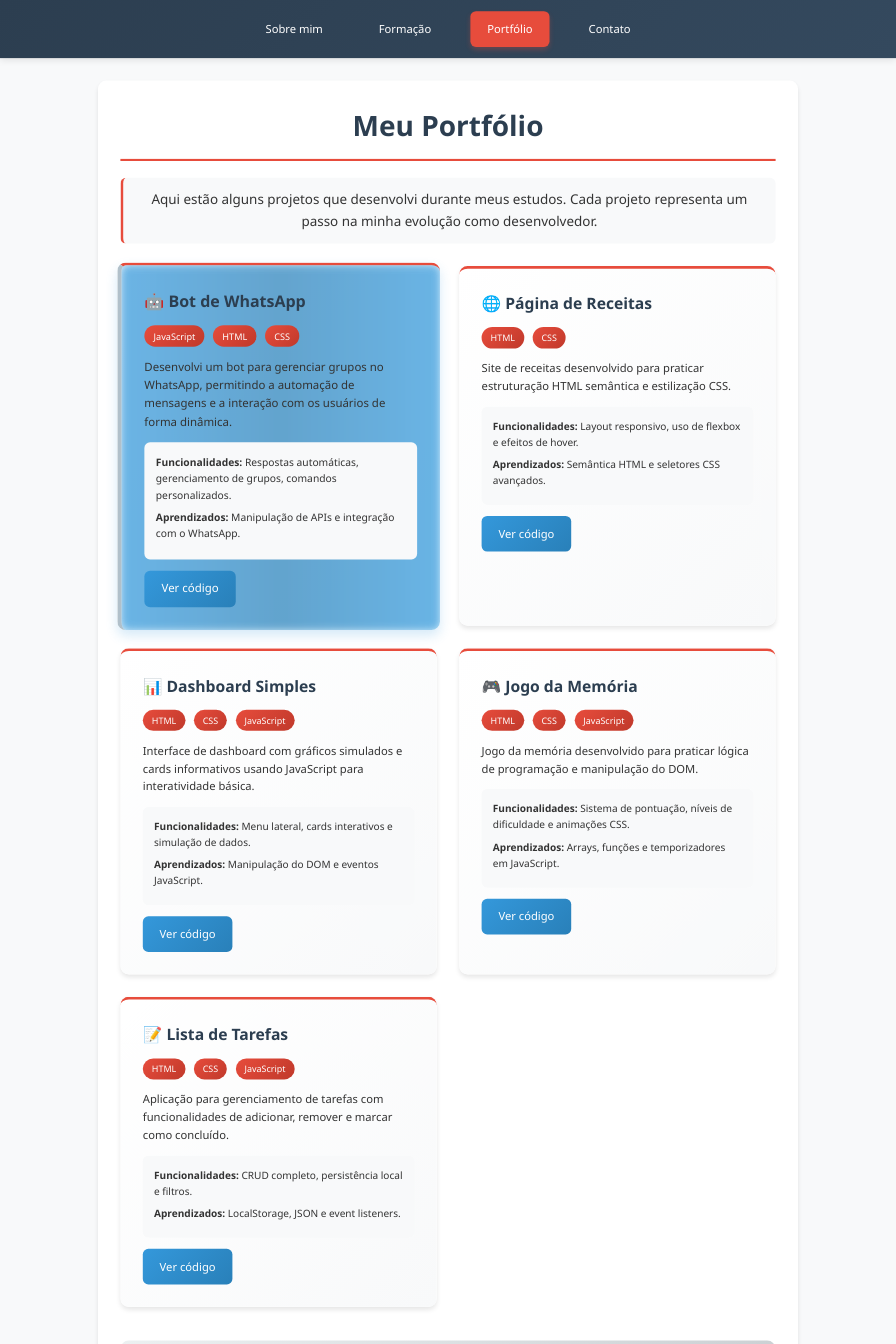
Repository: AnderHonorato/meu-portfolio
Page: portfolio.html
An editor plug-in stored every save of this project. The page is shown before and after the next save, followed by the edit.
The browser window is 1280 px wide. The pictures show the part of the page from y = 0 to 1920 px (the page is 2792 px tall), at 70% of full size.

Above is the page before, as saved 2025-08-26 20:32:29.

### portfolio.html
<!DOCTYPE html>
<html lang="pt-br">
<head>
    <meta charset="UTF-8">
    <meta name="viewport" content="width=device-width, initial-scale=1.0">
    <title>Portfólio - Ander Honorato</title>
    <link rel="stylesheet" href="css/style.css">
</head>
<body>
    <!-- MENU DE NAVEGAÇÃO PADRÃO -->
    <nav class="menu">
        <ul>
            <li><a href="index.html">Sobre mim</a></li>
            <li><a href="formacao.html">Formação</a></li>
            <li><a href="portfolio.html" class="ativo">Portfólio</a></li>
            <li><a href="contato.html">Contato</a></li>
        </ul>
    </nav>

    <!-- CONTEÚDO ESPECÍFICO DA PÁGINA DE PORTFÓLIO -->
    <main class="conteudo">
        <h1>Meu Portfólio</h1>

        <p class="intro-portfolio">Aqui estão alguns projetos que desenvolvi durante meus estudos. Cada projeto representa um passo na minha evolução como desenvolvedor.</p>

        <!-- GRID DE PROJETOS -->
        <div class="projetos-grid">

            <!-- PROJETO DESTAQUE: BOT DE WHATSAPP -->
            <div class="projeto-item destaque">
                <h3>🤖 Bot de WhatsApp</h3>
                <div class="tags-projeto">
                    <span class="tag">JavaScript</span>
                    <span class="tag">HTML</span>
                    <span class="tag">CSS</span>
                </div>
                <p>Desenvolvi um bot para gerenciar grupos no WhatsApp, permitindo a automação de mensagens e a interação com os usuários de forma dinâmica.</p>
                <div class="projeto-detalhes">
                    <p><strong>Funcionalidades:</strong> Respostas automáticas, gerenciamento de grupos, comandos personalizados.</p>
                    <p><strong>Aprendizados:</strong> Manipulação de APIs e integração com o WhatsApp.</p>
                </div>
                <a href="https://anderhonorato.github.io/alphabotsite1/index.html" class="btn-projeto">Ver código</a>
            </div>

            <!-- PROJETOS ANTERIORES -->
            <div class="projeto-item">
                <h3>🌐 Página de Receitas</h3>
                <div class="tags-projeto">
                    <span class="tag">HTML</span>
                    <span class="tag">CSS</span>
                </div>
                <p>Site de receitas desenvolvido para praticar estruturação HTML semântica e estilização CSS.</p>
                <div class="projeto-detalhes">
                    <p><strong>Funcionalidades:</strong> Layout responsivo, uso de flexbox e efeitos de hover.</p>
                    <p><strong>Aprendizados:</strong> Semântica HTML e seletores CSS avançados.</p>
                </div>
                <a href="#" class="btn-projeto">Ver código</a>
            </div>

            <div class="projeto-item">
                <h3>📊 Dashboard Simples</h3>
                <div class="tags-projeto">
                    <span class="tag">HTML</span>
                    <span class="tag">CSS</span>
                    <span class="tag">JavaScript</span>
                </div>
                <p>Interface de dashboard com gráficos simulados e cards informativos usando JavaScript para interatividade básica.</p>
                <div class="projeto-detalhes">
                    <p><strong>Funcionalidades:</strong> Menu lateral, cards interativos e simulação de dados.</p>
                    <p><strong>Aprendizados:</strong> Manipulação do DOM e eventos JavaScript.</p>
                </div>
                <a href="#" class="btn-projeto">Ver código</a>
            </div>

            <div class="projeto-item">
                <h3>🎮 Jogo da Memória</h3>
                <div class="tags-projeto">
                    <span class="tag">HTML</span>
                    <span class="tag">CSS</span>
                    <span class="tag">JavaScript</span>
                </div>
                <p>Jogo da memória desenvolvido para praticar lógica de programação e manipulação do DOM.</p>
                <div class="projeto-detalhes">
                    <p><strong>Funcionalidades:</strong> Sistema de pontuação, níveis de dificuldade e animações CSS.</p>
                    <p><strong>Aprendizados:</strong> Arrays, funções e temporizadores em JavaScript.</p>
                </div>
                <a href="#" class="btn-projeto">Ver código</a>
            </div>

            <div class="projeto-item">
                <h3>📝 Lista de Tarefas</h3>
                <div class="tags-projeto">
                    <span class="tag">HTML</span>
                    <span class="tag">CSS</span>
                    <span class="tag">JavaScript</span>
                </div>
                <p>Aplicação para gerenciamento de tarefas com funcionalidades de adicionar, remover e marcar como concluído.</p>
                <div class="projeto-detalhes">
                    <p><strong>Funcionalidades:</strong> CRUD completo, persistência local e filtros.</p>
                    <p><strong>Aprendizados:</strong> LocalStorage, JSON e event listeners.</p>
                </div>
                <a href="#" class="btn-projeto">Ver código</a>
            </div>
        </div>

        <!-- SEÇÃO DE HABILIDADES TÉCNICAS -->
        <div class="habilidades-secao">
            <h2>🛠️ Tecnologias que Conheço</h2>
            <div class="habilidades-grid">
                <div class="habilidade-item">
                    <h4>HTML5</h4>
                    <div class="nivel-habilidade">
                        <div class="barra-habilidade">
                            <div class="progresso-habilidade" style="width: 80%"></div>
                        </div>
                        <span>Intermediário</span>
                    </div>
                </div>
                <div class="habilidade-item">
                    <h4>CSS3</h4>
                    <div class="nivel-habilidade">
                        <div class="barra-habilidade">
                            <div class="progresso-habilidade" style="width: 75%"></div>
                        </div>
                        <span>Intermediário</span>
                    </div>
                </div>
                <div class="habilidade-item">
                    <h4>JavaScript</h4>
                    <div class="nivel-habilidade">
                        <div class="barra-habilidade">
                            <div class="progresso-habilidade" style="width: 45%"></div>
                        </div>
                        <span>Básico</span>
                    </div>
                </div>
                <div class="habilidade-item">
                    <h4>Git/GitHub</h4>
                    <div class="nivel-habilidade">
                        <div class="barra-habilidade">
                            <div class="progresso-habilidade" style="width: 60%"></div>
                        </div>
                        <span>Básico+</span>
                    </div>
                </div>
            </div>
        </div>

        <!-- SEÇÃO DE ESTUDOS ATUAIS -->
        <div class="estudos-atuais">
            <h2>📚 Atualmente Estudando</h2>
            <ul class="lista-estudos">
                <li>🎯 Aprofundamento em JavaScript</li>
                <li>🎨 CSS Grid e Flexbox</li>
                <li>📱 Design responsivo e mobile-first</li>
                <li>🔧 Ferramentas de desenvolvimento (DevTools)</li>
                <li>🌐 Conceitos de API e consumo de dados</li>
            </ul>
        </div>
    </main>
</body>
</html>

### css/style.css
/* Reset básico e configurações globais */
* {
    margin: 0;
    padding: 0;
    box-sizing: border-box;
}

/* Configurações do corpo da página */
body {
    font-family: 'Segoe UI', Tahoma, Geneva, Verdana, sans-serif;
    line-height: 1.6;
    color: #333;
    background-color: #f8f9fa;
}

/* Menu de navegação - SEMPRE VISÍVEL */
.menu {
    background: linear-gradient(135deg, #2c3e50, #34495e);
    padding: 1rem 0;
    position: sticky; /* Menu fica fixo no topo ao rolar */
    top: 0;
    z-index: 1000; /* Garante que fica por cima de outros elementos */
    box-shadow: 0 2px 10px rgba(0,0,0,0.1);
}

.menu ul {
    list-style: none;
    display: flex;
    justify-content: center;
    gap: 2rem;
    max-width: 1200px;
    margin: 0 auto;
    padding: 0 1rem;
}

.menu a {
    color: white;
    text-decoration: none;
    padding: 0.8rem 1.5rem;
    border-radius: 8px;
    transition: all 0.3s ease;
    display: block;
    font-weight: 500;
}

.menu a:hover {
    background-color: rgba(255, 255, 255, 0.1);
    transform: translateY(-2px);
}

.menu a.ativo {
    background-color: #e74c3c;
    box-shadow: 0 4px 8px rgba(231, 76, 60, 0.3);
}

/* Conteúdo principal */
.conteudo {
    max-width: 1000px;
    margin: 2rem auto;
    padding: 0 1rem;
    background-color: white;
    border-radius: 12px;
    box-shadow: 0 4px 6px rgba(0,0,0,0.1);
    padding: 2rem;
}

.conteudo h1 {
    color: #2c3e50;
    margin-bottom: 1.5rem;
    text-align: center;
    font-size: 2.5rem;
    border-bottom: 3px solid #e74c3c;
    padding-bottom: 1rem;
}

.conteudo h2 {
    color: #34495e;
    margin: 2rem 0 1rem 0;
    font-size: 1.8rem;
}

/* === ESTILOS PÁGINA SOBRE MIM === */
.sobre-container {
    display: grid;
    grid-template-columns: 250px 1fr;
    gap: 2rem;
    margin-top: 2rem;
}

.foto-perfil {
    text-align: center;
}

.placeholder-foto {
    width: 200px;
    height: 200px;
    border-radius: 50%;
    background: linear-gradient(135deg, #e74c3c, #c0392b);
    display: flex;
    align-items: center;
    justify-content: center;
    color: white;
    font-weight: bold;
    margin: 0 auto;
    box-shadow: 0 8px 16px rgba(231, 76, 60, 0.3);
}

.foto-perfil img {
    width: 200px;
    height: 200px;
    border-radius: 50%;
    object-fit: cover;
    box-shadow: 0 8px 16px rgba(0,0,0,0.2);
}

.texto-sobre {
    flex: 1;
}

.texto-sobre p {
    margin-bottom: 1rem;
    text-align: justify;
    font-size: 1.1rem;
}

.lista-hobbies {
    list-style: none;
    margin: 1rem 0;
}

.lista-hobbies li {
    padding: 0.5rem 0;
    font-size: 1.1rem;
    border-bottom: 1px solid #eee;
    transition: all 0.3s ease;
}

.lista-hobbies li:hover {
    background-color: #f8f9fa;
    padding-left: 1rem;
    border-left: 4px solid #e74c3c;
}

.info-adicional {
    margin-top: 3rem;
    padding: 2rem;
    background: linear-gradient(135deg, #ecf0f1, #bdc3c7);
    border-radius: 12px;
}

/* === ESTILOS PÁGINA FORMAÇÃO === */
.formacao-secao {
    margin-bottom: 3rem;
}

.item-formacao {
    background: linear-gradient(135deg, #f8f9fa, #e9ecef);
    padding: 2rem;
    border-radius: 12px;
    margin-bottom: 1.5rem;
    border-left: 5px solid #e74c3c;
    transition: transform 0.3s ease;
}

.item-formacao:hover {
    transform: translateY(-5px);
    box-shadow: 0 8px 16px rgba(0,0,0,0.1);
}

.item-formacao h3 {
    color: #2c3e50;
    margin-bottom: 1rem;
    font-size: 1.3rem;
}

.item-formacao p {
    margin-bottom: 0.5rem;
}

.lista-idiomas {
    list-style: none;
}

.lista-idiomas li {
    padding: 1rem 0;
    border-bottom: 1px solid #ddd;
}

.lista-idiomas li:last-child {
    border-bottom: none;
}

.nivel-idioma {
    margin-top: 0.5rem;
}

.barra-progresso {
    width: 100%;
    height: 8px;
    background-color: #ecf0f1;
    border-radius: 4px;
    overflow: hidden;
    margin: 0.5rem 0;
}

.progresso {
    height: 100%;
    background: linear-gradient(90deg, #e74c3c, #c0392b);
    transition: width 0.3s ease;
}

.descricao-nivel {
    font-size: 0.9rem;
    color: #7f8c8d;
    font-style: italic;
}

.proximos-estudos ul {
    list-style: none;
    display: grid;
    grid-template-columns: repeat(auto-fit, minmax(250px, 1fr));
    gap: 1rem;
}

.proximos-estudos li {
    background-color: #fff3cd;
    padding: 1rem;
    border-radius: 8px;
    border-left: 4px solid #ffc107;
    font-weight: 500;
}

/* === ESTILOS PÁGINA PORTFÓLIO === */
.intro-portfolio {
    text-align: center;
    font-size: 1.2rem;
    margin-bottom: 2rem;
    padding: 1rem;
    background-color: #f8f9fa;
    border-radius: 8px;
    border-left: 4px solid #e74c3c;
}

.projetos-grid {
    display: grid;
    grid-template-columns: repeat(auto-fit, minmax(350px, 1fr));
    gap: 2rem;
    margin-bottom: 3rem;
}

.projeto-item {
    background: linear-gradient(135deg, #ffffff, #f8f9fa);
    padding: 2rem;
    border-radius: 12px;
    box-shadow: 0 4px 8px rgba(0,0,0,0.1);
    transition: all 0.3s ease;
    border-top: 4px solid #e74c3c;
}

.projeto-item:hover {
    transform: translateY(-8px);
    box-shadow: 0 12px 24px rgba(0,0,0,0.15);
}

.projeto-item h3 {
    color: #2c3e50;
    margin-bottom: 1rem;
    font-size: 1.4rem;
}

.tags-projeto {
    margin-bottom: 1rem;
}

.tag {
    display: inline-block;
    background: linear-gradient(135deg, #e74c3c, #c0392b);
    color: white;
    padding: 0.3rem 0.8rem;
    border-radius: 20px;
    font-size: 0.8rem;
    margin-right: 0.5rem;
    font-weight: 500;
}

.projeto-detalhes {
    margin: 1rem 0;
    padding: 1rem;
    background-color: #f8f9fa;
    border-radius: 8px;
}

.projeto-detalhes p {
    margin-bottom: 0.5rem;
    font-size: 0.9rem;
}

.btn-projeto {
    display: inline-block;
    background: linear-gradient(135deg, #3498db, #2980b9);
    color: white;
    padding: 0.8rem 1.5rem;
    text-decoration: none;
    border-radius: 8px;
    transition: all 0.3s ease;
    font-weight: 500;
}

.btn-projeto:hover {
    transform: translateY(-2px);
    box-shadow: 0 4px 8px rgba(52, 152, 219, 0.3);
}

/* Habilidades técnicas */
.habilidades-secao {
    margin-top: 3rem;
    padding: 2rem;
    background: linear-gradient(135deg, #ecf0f1, #bdc3c7);
    border-radius: 12px;
}

.habilidades-grid {
    display: grid;
    grid-template-columns: repeat(auto-fit, minmax(250px, 1fr));
    gap: 1.5rem;
    margin-top: 1rem;
}

.habilidade-item {
    background-color: white;
    padding: 1.5rem;
    border-radius: 8px;
    box-shadow: 0 2px 4px rgba(0,0,0,0.1);
}

.habilidade-item h4 {
    color: #2c3e50;
    margin-bottom: 1rem;
    font-size: 1.1rem;
}

.nivel-habilidade {
    display: flex;
    align-items: center;
    gap: 1rem;
}

.barra-habilidade {
    flex: 1;
    height: 8px;
    background-color: #ecf0f1;
    border-radius: 4px;
    overflow: hidden;
}

.progresso-habilidade {
    height: 100%;
    background: linear-gradient(90deg, #27ae60, #2ecc71);
    transition: width 0.3s ease;
}

.estudos-atuais {
    margin-top: 2rem;
    padding: 2rem;
    background-color: #e8f5e8;
    border-radius: 12px;
    border-left: 5px solid #27ae60;
}

.lista-estudos {
    list-style: none;
    display: grid;
    grid-template-columns: repeat(auto-fit, minmax(300px, 1fr));
    gap: 1rem;
}

.lista-estudos li {
    padding: 1rem;
    background-color: white;
    border-radius: 8px;
    box-shadow: 0 2px 4px rgba(0,0,0,0.1);
    transition: transform 0.3s ease;
}

.lista-estudos li:hover {
    transform: translateX(10px);
}

/* === ESTILOS PÁGINA CONTATO === */
.intro-contato {
    text-align: center;
    font-size: 1.2rem;
    margin-bottom: 2rem;
    padding: 1rem;
    background: linear-gradient(135deg, #d4edda, #c3e6cb);
    border-radius: 8px;
    border-left: 4px solid #28a745;
}

.contato-container {
    display: grid;
    grid-template-columns: 2fr 1fr;
    gap: 3rem;
    margin-top: 2rem;
}

.formulario-contato {
    background-color: #f8f9fa;
    padding: 2rem;
    border-radius: 12px;
    box-shadow: 0 4px 8px rgba(0,0,0,0.1);
}

.formulario-contato h2 {
    color: #2c3e50;
    margin-bottom: 1.5rem;
    text-align: center;
}

.form-contato {
    display: flex;
    flex-direction: column;
    gap: 1.5rem;
}

.campo {
    display: flex;
    flex-direction: column;
}

.campo.checkbox {
    flex-direction: row;
    align-items: center;
    gap: 0.5rem;
}

.campo.checkbox input {
    width: auto;
}

.campo label {
    margin-bottom: 0.5rem;
    font-weight: 600;
    color: #2c3e50;
}

.campo input,
.campo textarea,
.campo select {
    padding: 0.8rem;
    border: 2px solid #ddd;
    border-radius: 8px;
    font-size: 1rem;
    transition: border-color 0.3s ease;
    font-family: inherit;
}

.campo input:focus,
.campo textarea:focus,
.campo select:focus {
    outline: none;
    border-color: #e74c3c;
    box-shadow: 0 0 0 3px rgba(231, 76, 60, 0.1);
}

.btn-enviar {
    background: linear-gradient(135deg, #e74c3c, #c0392b);
    color: white;
    padding: 1rem 2rem;
    border: none;
    border-radius: 8px;
    cursor: pointer;
    font-size: 1.1rem;
    font-weight: 600;
    transition: all 0.3s ease;
}

.btn-enviar:hover {
    transform: translateY(-2px);
    box-shadow: 0 4px 8px rgba(231, 76, 60, 0.3);
}

.mensagem-retorno {
    margin-top: 1rem;
    padding: 1rem;
    background-color: #d4edda;
    border: 1px solid #c3e6cb;
    border-radius: 8px;
    color: #155724;
    text-align: center;
    font-weight: 500;
}

/* Informações de contato */
.info-contato {
    background-color: white;
    padding: 2rem;
    border-radius: 12px;
    box-shadow: 0 4px 8px rgba(0,0,0,0.1);
    height: fit-content;
}

.info-contato h2 {
    color: #2c3e50;
    margin-bottom: 1.5rem;
    text-align: center;
}

.contato-item {
    margin-bottom: 2rem;
    padding: 1rem;
    background-color: #f8f9fa;
    border-radius: 8px;
    border-left: 4px solid #3498db;
}

.contato-item h3 {
    color: #2c3e50;
    margin-bottom: 0.5rem;
    font-size: 1.1rem;
}

.contato-item p {
    font-weight: 600;
    color: #34495e;
    margin-bottom: 0.3rem;
}

.contato-item small {
    color: #7f8c8d;
    font-style: italic;
}

.disponibilidade {
    padding: 1rem;
    background: linear-gradient(135deg, #fff3cd, #ffeaa7);
    border-radius: 8px;
    border-left: 4px solid #ffc107;
}

.disponibilidade h3 {
    color: #2c3e50;
    margin-bottom: 1rem;
}

.disponibilidade ul {
    list-style: none;
}

.disponibilidade li {
    padding: 0.3rem 0;
    color: #856404;
}

/* Dicas de contato */
.dicas-contato {
    margin-top: 3rem;
    padding: 2rem;
    background: linear-gradient(135deg, #e8f4fd, #d1ecf1);
    border-radius: 12px;
}

.dicas-grid {
    display: grid;
    grid-template-columns: repeat(auto-fit, minmax(250px, 1fr));
    gap: 1.5rem;
    margin-top: 1rem;
}

.dica-item {
    background-color: white;
    padding: 1.5rem;
    border-radius: 8px;
    box-shadow: 0 2px 4px rgba(0,0,0,0.1);
    transition: transform 0.3s ease;
}

.dica-item:hover {
    transform: translateY(-5px);
}

.dica-item h4 {
    color: #2c3e50;
    margin-bottom: 1rem;
}

.dica-item p {
    color: #34495e;
    font-size: 0.9rem;
}

/* === RESPONSIVIDADE === */
@media (max-width: 768px) {
    /* Menu responsivo */
    .menu ul {
        flex-wrap: wrap;
        gap: 0.5rem;
        justify-content: center;
    }

    .menu a {
        padding: 0.6rem 1rem;
        font-size: 0.9rem;
    }

    /* Conteúdo */
    .conteudo {
        margin: 1rem;
        padding: 1.5rem;
    }

    .conteudo h1 {
        font-size: 2rem;
    }

    /* Sobre mim responsivo */
    .sobre-container {
        grid-template-columns: 1fr;
        text-align: center;
        gap: 1.5rem;
    }

    /* Formação responsiva */
    .item-formacao {
        padding: 1.5rem;
    }

    /* Portfólio responsivo */
    .projetos-grid {
        grid-template-columns: 1fr;
        gap: 1.5rem;
    }

    .habilidades-grid {
        grid-template-columns: 1fr;
    }

    /* Contato responsivo */
    .contato-container {
        grid-template-columns: 1fr;
        gap: 2rem;
    }

    .dicas-grid {
        grid-template-columns: 1fr;
    }
}

@media (max-width: 480px) {
    .conteudo {
        padding: 1rem;
    }

    .conteudo h1 {
        font-size: 1.8rem;
    }

    .menu ul {
        flex-direction: column;
        gap: 0.3rem;
    }

    .projeto-item,
    .item-formacao,
    .formulario-contato {
        padding: 1rem;
    }
}

/* Animações e efeitos especiais */
@keyframes slideInUp {
    from {
        opacity: 0;
        transform: translateY(30px);
    }
    to {
        opacity: 1;
        transform: translateY(0);
    }
}

.conteudo {
    animation: slideInUp 0.6s ease-out;
}

/* Scroll suave */
html {
    scroll-behavior: smooth;
}

/* desataque bot */
.projeto-item.destaque {
    background: linear-gradient(135deg, #f0f9ff, #e6f7ff);
    border-left: 6px solid #b1c0ca;
    box-shadow: 0 8px 16px rgba(52, 152, 219, 0.2);
    transform: scale(1.02);
    transition: all 0.4s ease;
    position: relative;
    overflow: hidden;
}

.projeto-item.destaque:hover {
    transform: scale(1.04);
    box-shadow: 0 12px 24px rgba(52, 152, 219, 0.3);
}

.projeto-item.destaque::before {
    content: "";
    position: absolute;
    top: -2px;
    left: -2px;
    right: -2px;
    bottom: -2px;
    background: linear-gradient(90deg, #3498db, #2980b9, #3498db);
    z-index: 0;
    border-radius: 12px;
    filter: blur(6px);
    opacity: 0.7;
    animation: animarBorda 3s linear infinite;
}

.projeto-item.destaque > * {
    position: relative;
    z-index: 1;
}

@keyframes animarBorda {
    0% { background-position: 0% 50%; }
    50% { background-position: 100% 50%; }
    100% { background-position: 0% 50%; }
}

After the next save:
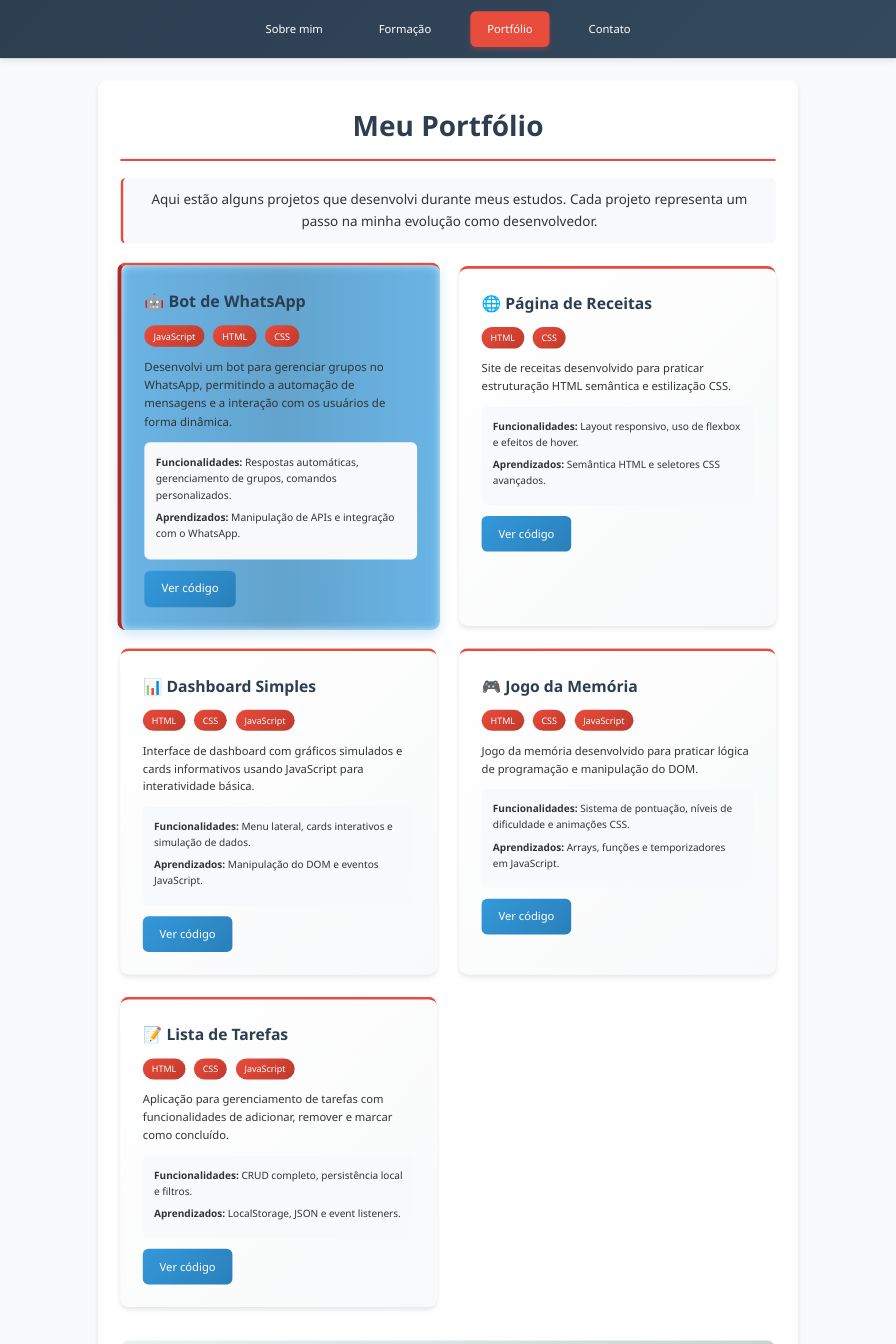
Saved 6 s later.
--- a/css/style.css
+++ b/css/style.css
@@ -691,7 +691,7 @@ html {
 /* desataque bot */
 .projeto-item.destaque {
     background: linear-gradient(135deg, #f0f9ff, #e6f7ff);
-    border-left: 6px solid #b1c0ca;
+    border-left: 6px solid #b12a20;
     box-shadow: 0 8px 16px rgba(52, 152, 219, 0.2);
     transform: scale(1.02);
     transition: all 0.4s ease;
